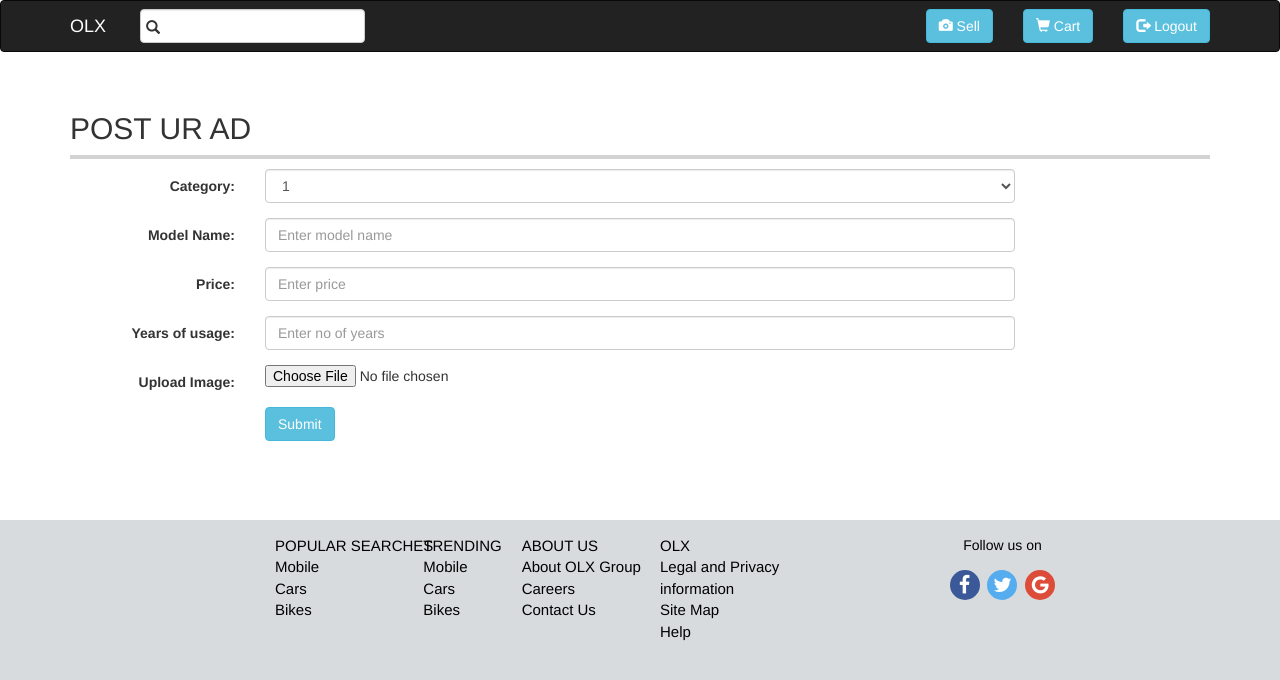
Repository: suganthisarathy/spring_hibernate
Page: http://localhost/olx_resale/WEB-INF/views/SellProduct.jsp
An editor plug-in stored every save of this project. The page is shown before and after the next save, followed by the edit.
The browser window is 1280 px wide. The pictures show the whole page.
The page is served by Tomcat 9. Nobody is signed in. Other server files are loaded and not shown. The template is opened directly, without the code that normally fills it, so the values that code supplies are empty.

Above is the page before, as saved 2019-05-29 10:01:28.

### olx_resale/src/main/webapp/WEB-INF/views/SellProduct.jsp
<%@ page language="java" contentType="text/html; charset=ISO-8859-1"
    pageEncoding="ISO-8859-1"%>
<!DOCTYPE html PUBLIC "-//W3C//DTD HTML 4.01 Transitional//EN" "http://www.w3.org/TR/html4/loose.dtd">
<html>
<head>
<title>Bootstrap Example</title>
<meta charset="utf-8">
<meta name="viewport" content="width=device-width, initial-scale=1">
<link rel="stylesheet"
	href="https://maxcdn.bootstrapcdn.com/bootstrap/3.4.0/css/bootstrap.min.css">
<script
	src="https://ajax.googleapis.com/ajax/libs/jquery/3.4.0/jquery.min.js"></script>
<script
	src="https://maxcdn.bootstrapcdn.com/bootstrap/3.4.0/js/bootstrap.min.js"></script>
	<style>
	p.normal{
	border:2px solid lightgrey;

	}

	</style>
</head>
<body>
<jsp:include page="header.jsp"/>
<body>
 <br/>
<div class="container">
   <h2>POST UR AD</h2>


  <div class="card">
    <div class="card-body"><form class="form-horizontal" action="/action_page.php">
    <form action="" method="post">
     <p class="normal">
    <div class="form-group">
      <label class="control-label col-sm-2" for="email">Category:</label>
      <div class="col-sm-8">

      <select class="form-control" id="sel1" name="sellist1">
        <option>1</option>
        <option>2</option>
        <option>3</option>
        <option>4</option>
      </select>


      </div>
    </div>


    <div class="form-group">
      <label class="control-label col-sm-2" for="txt">Model Name:</label>
      <div class="col-sm-8">
        <input type="text" class="form-control" id="txt" placeholder="Enter model name" name="txt">
      </div>
    </div>
    <div class="form-group">
      <label class="control-label col-sm-2" for="txt">Price:</label>
      <div class="col-sm-8">
        <input type="text" class="form-control" id="txt" placeholder="Enter price" name="txt">
      </div>
    </div>
    <div class="form-group">
      <label class="control-label col-sm-2" for="txt">Years of usage:</label>
      <div class="col-sm-8">
        <input type="text" class="form-control" id="txt" placeholder="Enter no of years" name="txt">
      </div>
    </div>
     <div class="form-group">
      <label class="control-label col-sm-2" for="txt">Upload Image:</label>
      <div class="col-sm-8">
        <input type="file"   name="image" accept="image/*"/>
      </div>
    </div>
    <div class="form-group">
      <div class="col-sm-offset-2 col-sm-10">
        <button type="submit" class="btn btn-info">Submit</button>
      </div>
    </div>
  </p>
  </form></div>
  </div>

</div>
</form>
</body>
</html>

<jsp:include page="footer.jsp"/>
</body>
</html>

### olx_resale/src/main/webapp/WEB-INF/views/header.jsp
<!DOCTYPE html>
<html lang="en">
<head>
<title>Bootstrap Example</title>
<meta charset="utf-8">
<meta name="viewport" content="width=device-width, initial-scale=1">
<link rel="stylesheet"
	href="https://maxcdn.bootstrapcdn.com/bootstrap/3.4.0/css/bootstrap.min.css">
<script
	src="https://ajax.googleapis.com/ajax/libs/jquery/3.4.0/jquery.min.js"></script>
<script
	src="https://maxcdn.bootstrapcdn.com/bootstrap/3.4.0/js/bootstrap.min.js"></script>
<style>
/* Remove the navbar's default margin-bottom and rounded borders */
.navbar {
	margin-bottom: 0;
	border-radius: 0;
}

/* Add a gray background color and some padding to the footer */
footer {
	background-color: #f2f2f2;
	padding: 25px;
}


.inner-addon {
	position: relative;
}

/* style icon */
.inner-addon .glyphicon {
	position: absolute;
	padding: 10px;
	pointer-events: none;
}

body {
	font-family: Arial, Helvetica, sans-serif;
}

* {
	box-sizing: border-box;
}



/* Add styles to the form container */
.form-container {
	max-width: 100%;
	padding: 10px;
	background-color: white;
}
/* Add some hover effects to buttons */
.form-container .btn:hover, .open-button:hover {
	opacity: 1;
}
/* align icon */
.left-addon .glyphicon {
	left: 0px;
}

.right-addon .glyphicon {
	right: 0px;
}

/* add padding  */
.left-addon input {
	padding-left: 30px;
}

.right-addon input {
	padding-right: 30px;
}



</style>
</head>
<body>
	<nav class="navbar navbar-inverse">
		<div class="container ">
			<div class="navbar-header">
				<a class="navbar-brand" href="#" style="color: white">OLX</a>
			</div>
			<ul class="navbar-form navbar-left">
				<div class="form-group">
					<div class="inner-addon left-addon">
						<i class="glyphicon glyphicon-search"></i> <label
							for="focusedInput"></label> <input type="text"
							class="form-control" />
					</div>
				</div>
			</ul>

			<ul class="navbar-form navbar-right">
                       <form action="/olx_resale/index">
              <button type="submit" class="btn btn-info">
              <span class="glyphicon glyphicon-log-out"></span> Logout</button> </form> </ul>
             <ul class="navbar-form navbar-right">
                <form> <button type="submit" class="btn btn-info">
                <span class="glyphicon glyphicon-shopping-cart"></span> Cart</button> </form></ul>
                <ul class="navbar-form navbar-right">
                 <form action="/olx_resale/sell"><button type="submit" class="btn btn-info">
                <span class="glyphicon glyphicon-camera"></span> Sell</button> </form></ul>


		</div>
	</nav>

</html>

### olx_resale/src/main/webapp/WEB-INF/views/footer.jsp

<%@ page language="java" contentType="text/html; charset=ISO-8859-1"
	pageEncoding="ISO-8859-1"%>
<!DOCTYPE html>
<html>
<head>

<meta charset="utf-8">
<meta name="viewport" content="width=device-width, initial-scale=1">
<link rel="stylesheet"
       href="https://maxcdn.bootstrapcdn.com/bootstrap/3.4.0/css/bootstrap.min.css">
<link rel="stylesheet"
       href="https://cdnjs.cloudflare.com/ajax/libs/font-awesome/4.7.0/css/font-awesome.min.css">
<script
       src="https://ajax.googleapis.com/ajax/libs/jquery/3.3.1/jquery.min.js"></script>
<script
       src="https://maxcdn.bootstrapcdn.com/bootstrap/3.4.0/js/bootstrap.min.js"></script>

<style>
#margin1 {
       margin: 15px;
       left: 260px;
}

#margin2 {
       margin: 15px;
       left: 160px;
}

#margin3 {
       margin: 15px;
       left: 10px;
}

#margin4 {
       margin: 15px;
       left: -100px;
}

#margin5 {
       margin: 15px;
       left: -100px;
}


.footer
{
  position: fixed;
   left: 0;
   bottom: 0;
   width: 100%;
   background-color:#D7DBDD;
       height: 200px;
       color: black;
       text-align: center;
}

.fa {
       padding: 5px;
       font-size: 20px;
       width: 30px;
       text-align: center;
       text-decoration: none;
       margin: 5px 2px;
       border-radius: 50%;
}

.fa:hover {
       opacity: 0.7;
}

.fa-facebook {
       background: #3B5998;
       color: white;
}

.fa-twitter {
       background: #55ACEE;
       color: white;
}

.fa-google {
       background: #dd4b39;
       color: white;
}

</style>

</head>
<body>
<div class="footer"   >
       <div class="row">
              <div class="col-sm-2 col-md-2 col-lg-2 col-xs-2" id="margin1"
                     style="text-align: left">
                     <p style="font-size: 15px;">
                           POPULAR SEARCHES<br> Mobile<br> Cars<br> Bikes
                     </p>
              </div>

              <div class="col-sm-2 col-md-2 col-lg-2 col-xs-2" id="margin2"
                     style="text-align: left">
                     <p style="font-size: 15px;">
                           TRENDING<br> Mobile<br> Cars<br> Bikes
                     </p>
              </div>

              <div class="col-sm-2 col-md-2 col-lg-2 col-xs-2" id="margin3"
                     style="text-align: left">
                     <p style="font-size: 15px;">
                           ABOUT US<br> About OLX Group<br> Careers<br> Contact Us
                     </p>
              </div>

              <div class="col-sm-2 col-md-2 col-lg-2 col-xs-2" id="margin4"
                     style="text-align: left">
                     <p style="font-size: 15px;">
                           OLX<br> Legal and Privacy information<br> Site Map<br>Help
                     </p>
              </div>
              <div class="col-sm-2 col-md-2 col-lg-2 col-xs-2" id="margin5">
                     <p>Follow us on</p>
                     <a href="#" class="fa fa-facebook"></a> <a href="#"
                           class="fa fa-twitter"></a> <a href="#" class="fa fa-google"></a>
              </div>
       </div>
</div>

</body>
</html>

After the next save:
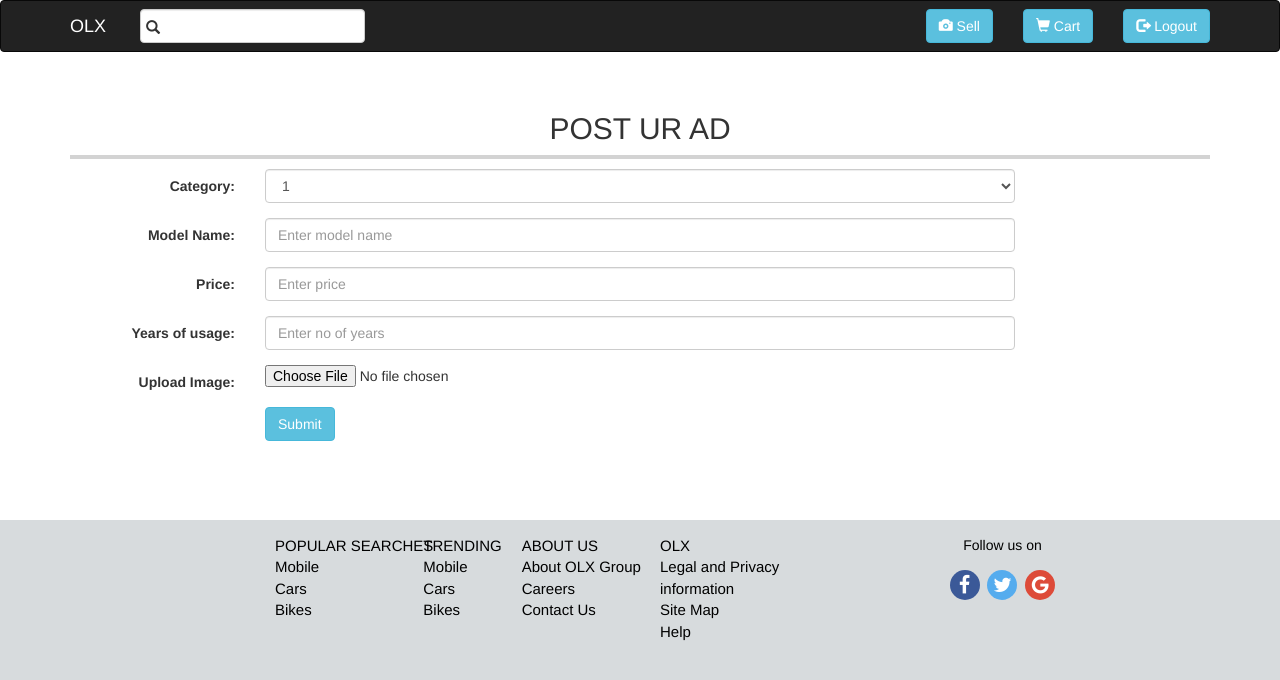
Saved 95 s later.
--- a/olx_resale/src/main/webapp/WEB-INF/views/SellProduct.jsp
+++ b/olx_resale/src/main/webapp/WEB-INF/views/SellProduct.jsp
@@ -25,7 +25,7 @@
 <body>
  <br/>
 <div class="container">
-   <h2>POST UR AD</h2>
+   <center><h2>POST UR AD</h2></center>
 
 
   <div class="card">

After the save that followed:
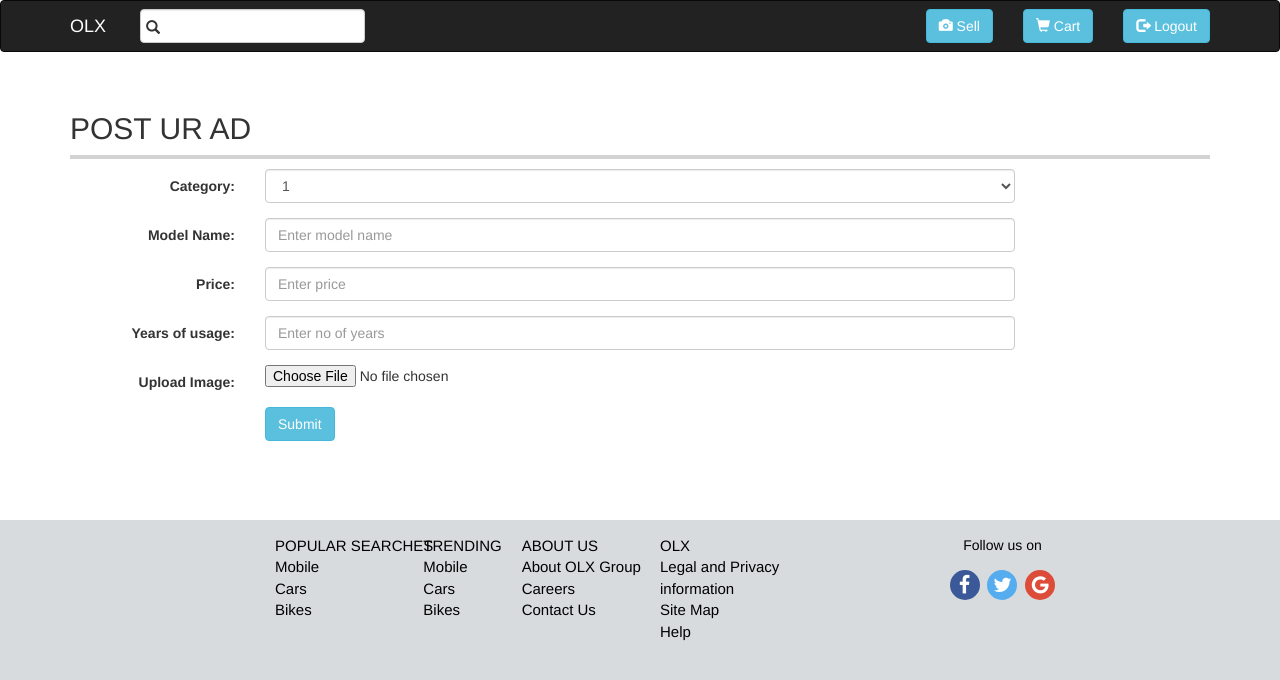
Saved 19 s later.
--- a/olx_resale/src/main/webapp/WEB-INF/views/SellProduct.jsp
+++ b/olx_resale/src/main/webapp/WEB-INF/views/SellProduct.jsp
@@ -25,7 +25,7 @@
 <body>
  <br/>
 <div class="container">
-   <center><h2>POST UR AD</h2></center>
+   <h2>POST UR AD</h2>
 
 
   <div class="card">
